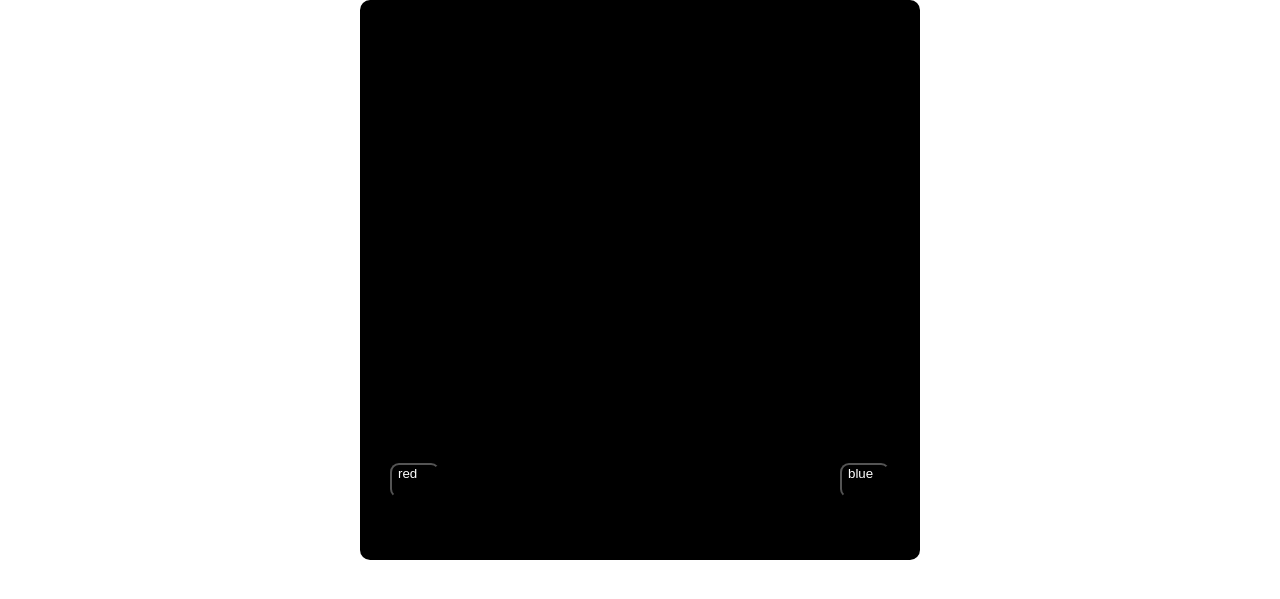
Repository: iliailia12/Individual-lessons
Page: Day 99/Classwork/index.html
An editor plug-in stored every save of this project. The page is shown before and after the next save, followed by the edit.
The browser window is 1280 px wide. The pictures show the whole page.

Above is the page before, as saved 2026-06-06 04:37:44.

### Day 99/Classwork/index.html
<!--1) შექმენი 1 div ბლოკი, შემდგომ 2 ღილაკი, ისე უნდა გააკეთო, რომ პირველ ღლაკზე დაჭირისას დივის background color - ი გახდეს წითელი, მეორე ღილაკზე დაჭერისას დაბრუნდეს მის საწყის ფერზე (დივს წინასწარ გაუწერე რაიმე სტილები) -->


<!DOCTYPE html>
<html lang="en">
<head>
    <meta charset="UTF-8">
    <meta name="viewport" content="width=device-width, initial-scale=1.0">
    <link rel="stylesheet" href="style.css">
    <title>Document</title>
</head>
<body>
    <div class="colorCangerDiv" id="colorCangerDiv">
        <button id="red">red</button>
        <button id="blue">blue</button>
    </div>
</body>
</html>

### Day 99/Classwork/style.css
/* 1) შექმენი 1 div ბლოკი, შემდგომ 2 ღილაკი, ისე უნდა გააკეთო, რომ პირველ ღლაკზე დაჭირისას დივის background color - ი გახდეს წითელი, მეორე ღილაკზე დაჭერისას დაბრუნდეს მის საწყის ფერზე (დივს წინასწარ გაუწერე რაიმე სტილები)
 */

body{
    margin: 0;
    padding: 0;
}
.colorCangerDiv{
    width: 500px;
    height: 500px;
    background-color: black;
    color: white;
    display: flex;
    /* flex-direction: column; */
    /* justify-content: center; */
    align-items: center;
    margin: 0 auto;
    border-radius: 10px;
    gap: 400px;
    padding: 30px;
}

button{
    margin-top: 400px;
    display: flex;
    gap: 35px;
    width: 65px;
    height: 35px;
    border-radius: 9px;
    background-color: black;
    color: white;
    box-shadow: black;
}

After the next save:
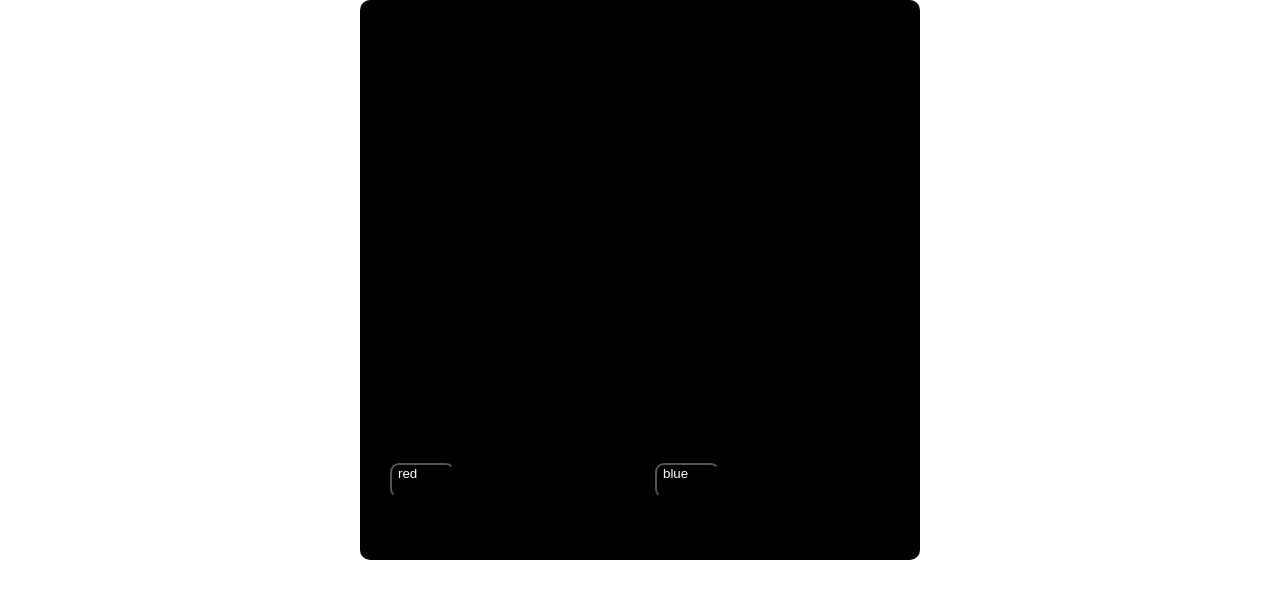
Saved 67 s later.
--- a/Day 99/Classwork/style.css
+++ b/Day 99/Classwork/style.css
@@ -16,7 +16,7 @@
     align-items: center;
     margin: 0 auto;
     border-radius: 10px;
-    gap: 400px;
+    gap: 200px;
     padding: 30px;
 }
 
